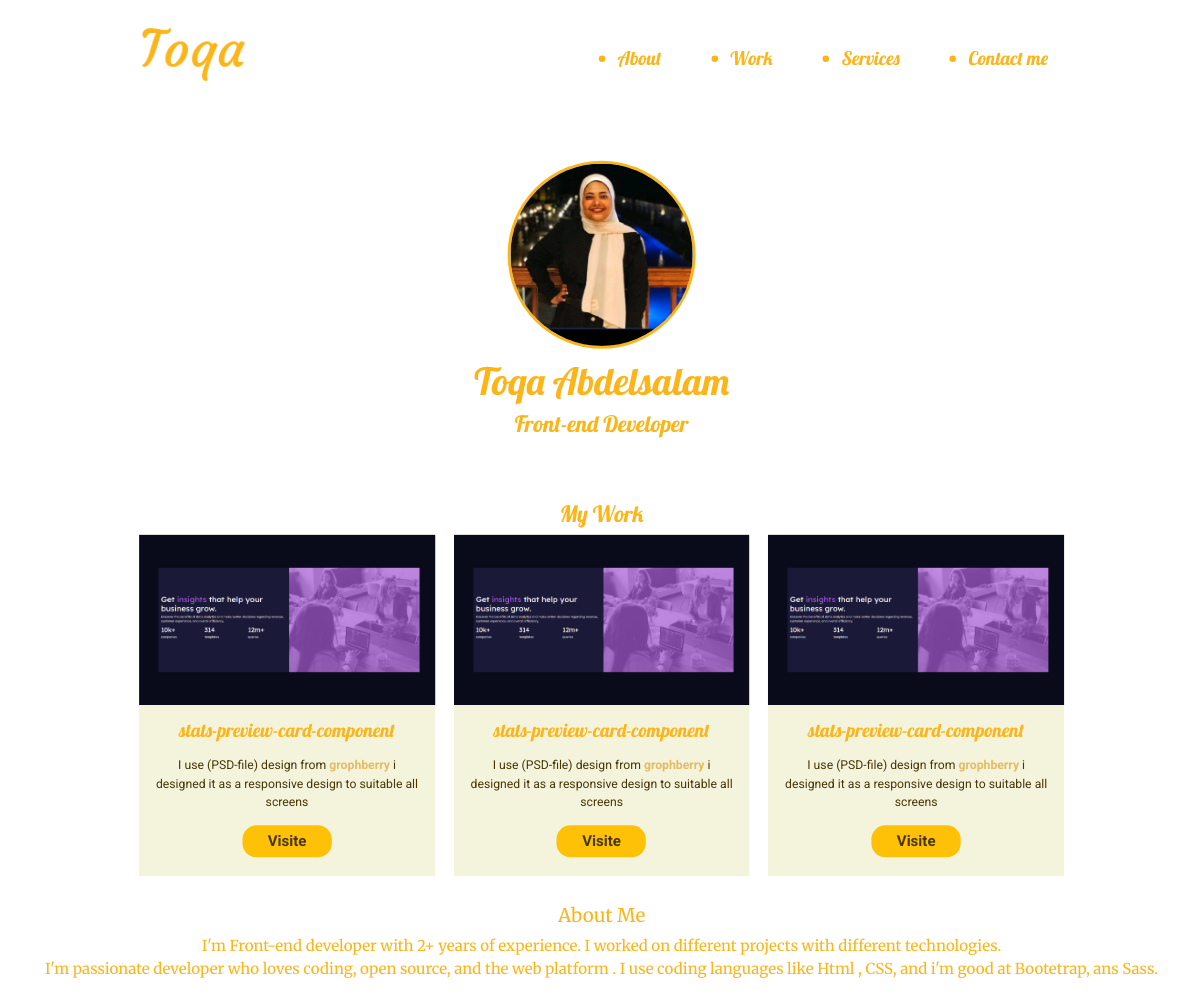
Repository: Toqa-25/portfolio
Page: index.html
An editor plug-in stored every save of this project. The page is shown before and after the next save, followed by the edit.
The browser window is 1280 px wide. The pictures show the whole page, at 94% of full size.
Some web fonts or font styles are not loaded; a fallback is used.

Above is the page before, as saved 2021-11-01 00:10:29.

### index.html
<!DOCTYPE html>
<html lang="en">
<head>
    <meta charset="UTF-8">
    <meta http-equiv="X-UA-Compatible" content="IE=edge">
    <meta name="viewport" content="width=device-width, initial-scale=1.0">
    <title>Toqa Portfolio</title>
      <!-- bootstrap file -->
      <link rel="stylesheet" href="css/all.min.css">
      <link rel="stylesheet" href="css/bootstrap.css">
      <!-- css file -->
      <link rel="stylesheet" href="css/style.css">
      <!-- fonts -->
      <link rel="preconnect" href="https://fonts.googleapis.com">
<link rel="preconnect" href="https://fonts.gstatic.com" crossorigin>
<link href="https://fonts.googleapis.com/css2?family=Lobster&family=Otomanopee+One&display=swap" rel="stylesheet">
<link rel="preconnect" href="https://fonts.googleapis.com">
<link rel="preconnect" href="https://fonts.gstatic.com" crossorigin>
<link href="https://fonts.googleapis.com/css2?family=Merriweather:ital,wght@0,300;0,400;0,700;0,900;1,300;1,400;1,700;1,900&display=swap" rel="stylesheet">
<link rel="preconnect" href="https://fonts.googleapis.com">
<link rel="preconnect" href="https://fonts.gstatic.com" crossorigin>
<link href="https://fonts.googleapis.com/css2?family=Bebas+Neue&family=Oswald:wght@200;300;400;500;600;700&display=swap" rel="stylesheet">
<link rel="preconnect" href="https://fonts.googleapis.com">
<link rel="preconnect" href="https://fonts.gstatic.com" crossorigin>
<link href="https://fonts.googleapis.com/css2?family=Montserrat:wght@100;200;300;400;500;600;700;800;900&family=PT+Sans:ital,wght@0,400;0,700;1,700&family=Roboto:wght@100;300;400;500;700;900&display=swap" rel="stylesheet">
</head>
<body>
        <!-- header section -->
    <header class="pad">
       <div class="container">
         <div class="header-content">
           <div class="header-logo">
             <img src="images/logo.png" alt="logo">
           </div>
           <div class="bar">
             <svg xmlns="http://www.w3.org/2000/svg" width="35" height="35" fill="#fbb519" class="bi bi-list" viewBox="0 0 16 16">
               <path fill-rule="evenodd" d="M2.5 12a.5.5 0 0 1 .5-.5h10a.5.5 0 0 1 0 1H3a.5.5 0 0 1-.5-.5zm0-4a.5.5 0 0 1 .5-.5h10a.5.5 0 0 1 0 1H3a.5.5 0 0 1-.5-.5zm0-4a.5.5 0 0 1 .5-.5h10a.5.5 0 0 1 0 1H3a.5.5 0 0 1-.5-.5z"/>
             </svg>
              <ul class="hidden-list unlist list">
              <li>About</li>
              <li>Work</li>
              <li>Services</li>
              <li>Contact me</li>
              <li>Reviews</li>
            </ul>
           </div>
           <div class="header-nav">
             <ul class="list unlist">
                 <li>About</li>
                 <li>Work</li>
                 <li>Services</li>
                 <li>Contact me</li>
                 <!-- <li>Reviews</li> -->
             </ul>

           </div>
         </div>
         </div>
        </header><!-- end header section -->
        <!-- information  section -->
    <section  class="inform pad">
      <div class="main-inform " role="main">
        <div class="inform-info">
        <img src="images/toqa.jpg" alt=""><br>
        <h1>Toqa Abdelsalam</h1>
        <h4>Front-end Developer</h4>
      </div>
      </div>
    </section> <!-- end information  section -->

      <!-- my-work  section -->
      <section class="pad work">
        <div class="container">
          <h4 class="work-head">My Work</h4>
          <div class="work-content">
      <div class="work-card" role="menu">
        <div class="card-img">
          <img src="images/my-work/preview-card/desktop_stats-preview-card-component-main_.png" alt="">
        </div>
        <div class="card-info">
          <h5 class="card-title">stats-preview-card-component </h5>
          <p class="card-info-text"> I use  (PSD-file) design from <span> <a href="https://www.frontendmentor.io/">grophberry</a></span>
        i designed it as a responsive design to suitable all screens
         </p>
      <button class="card-button"><a href="https://toqa-25.github.io/stats-preview-card-component-main/">Visite</a></button>
        </div>
 </div>
      <div class="work-card" role="menu">
        <div class="card-img">
          <img src="images/my-work/preview-card/desktop_stats-preview-card-component-main_.png" alt="">
        </div>
        <div class="card-info">
          <h5 class="card-title">stats-preview-card-component </h5>
          <p class="card-info-text"> I use  (PSD-file) design from <span> <a href="https://www.frontendmentor.io/">grophberry</a></span>
        i designed it as a responsive design to suitable all screens
         </p>
      <button class="card-button"><a href="https://toqa-25.github.io/stats-preview-card-component-main/">Visite</a></button>
        </div>
 </div>
      <div class="work-card" role="menu">
        <div class="card-img">
          <img src="images/my-work/preview-card/desktop_stats-preview-card-component-main_.png" alt="">
        </div>
        <div class="card-info">
          <h5 class="card-title">stats-preview-card-component </h5>
          <p class="card-info-text"> I use  (PSD-file) design from <span> <a href="https://www.frontendmentor.io/">grophberry</a></span>
        i designed it as a responsive design to suitable all screens
         </p>
      <button class="card-button"><a href="https://toqa-25.github.io/stats-preview-card-component-main/">Visite</a></button>
        </div>
 </div>
      <!-- <div class="project card" role="menu">
        <img src="images/toqa-25.github.io_3-cards-component3_.png" alt="">
        <p>3-card-component
      I use (PSD-file) design from <span> <a href="https://www.frontendmentor.io/">grophberry</a></span>
  i designed it as a responsive design to suitable all screens <br>
  <button><a href="https://toqa-25.github.io/3-cards-component/">Visite</a></button>
 </p>
 </div>
      <div class="project card" role="menu">
          <img src="images/destop-luxestate - Copy (1).png" alt="">
          <p>Luxestate is Real-Estate Company
        I use Luxestate (PSD_file) design from <span> <a href="https://www.graphberry.com/">grophberry</a></span>
    i designed it as a responsive design to suitable all screens <br>
    <button><a href="https://toqa-25.github.io/luxstate-project-/">Visite</a></button>
   </p>
   </div>
      <div class="project card" role="menu">
          <img src="images/web_design.png" alt="">
          <p>Doop is an advertising-agency .
        I use Doop (PSD_file) design from <span> <a href="https://www.graphberry.com/">grophberry</a></span>
    i designed it as a responsive design to suitable all screens <br>
    <button><a href="https://toqa-25.github.io/simply-agency/">Visit </a></button>
   </p>
   </div>
      <div class="project card" role="menu">
        <img src="images/Vibo_App(desktop)_toqa-25.github.io2.png" alt="">
          <p>Vibo is an App-Development company
        I use Vibo PSD design from <span> <a href="https://www.graphberry.com/">grophberry</a></span>
    i designed it as a responsive design to suitable all screens <br>
    <button><a href="https://toqa-25.github.io/vibo-app/">Visite</a></button>
   </p>
   </div>
   <div class="project card" role="menu">
    <img src="images/toqa-25.github.io_landing-meeting-page_desktop.png" alt="">
    <p>Metting landing page
  I use  design from <span> <a href="https://www.frontendmentor.io/">grophberry</a></span>
i designed it as a responsive design to suitable all screens <br>
<button><a href="https://toqa-25.github.io/landing-meeting-page/">Visite</a></button>
</p>
</div> -->
   </div>
   </div>
      </section>

      <section class="section about">

          <h5>About Me</h5>
      <p> I'm Front-end developer with 2+ years of experience. I worked on different projects with different technologies. <br>
       I'm passionate developer who loves coding, open source, and the web platform .
       I use coding languages like Html , CSS, and i'm good at Bootetrap, ans Sass. </p>
      </section>

</body>
</html>

### css/style.css
/*
    public style
***********************
*/
:root{
    --main-color:#fbb519;
    --section-padding:30px;
}
* {
    box-sizing: border-box;
    margin: 0;
    padding: 0;
}
body{
    font-family: 'Merriweather', serif;
    color:var(--main-color);
}
.pad{
    padding: var(--section-padding) 0;
}
.container
{
  width: 80%;
  margin:auto;
  padding: 0 20px;
}
 /* .pad h5{
    text-align: center;
    font-family: 'Lobster';
    /* margin-bottom: 15px; */
 } */
 .unlist{
     list-style: none;
 }
 a{
     text-decoration: none;
 }
/*
    header style
***********************
*/
 header{
    font-family: 'Lobster', cursive;
 }
 .header-content{
    display: flex;
}
.header-logo{
    width:50%;
}
.bar{
    position: relative;
    display: none;
    margin: auto 20px;
     transition: .2s;
     cursor: pointer;
     width: 50%;
    /* text-align: right; */
    justify-content: flex-end;
}
 .header-nav{
   min-width: 50%;
    display: flex;
    justify-content: flex-end;
 }
 .header-nav .list{
     width: 100%;
     display: flex;
     justify-content: space-between;
     align-items: center;
     padding: 17px;
 }
  .list li{
     font-size: 20px;
     transition: .2s;
     -webkit-transition: .2s;
     -moz-transition: .2s;
     -ms-transition: .2s;
     -o-transition: .2s;
     cursor: pointer;
     margin-bottom: 2px;
    }
     .list li:hover{
        border-bottom: 2px solid var(--main-color);
    }
    .hidden-list{
         text-align: center;
         position: absolute;
         width: 120px;
         top: 3px;
         right: -70px;
         background-color: #f5f5dc91;
         padding: 10px;
         border-radius: 25px;
         -webkit-border-radius: 25px;
         -moz-border-radius: 25px;
         -ms-border-radius: 25px;
         -o-border-radius: 25px;
         transition: .2s;
         -webkit-transition: .2s;
         -moz-transition: .2s;
         -ms-transition: .2s;
         -o-transition: .2s;
         visibility: hidden;
         display: none;
}
/* media quary for header*/
 @media (max-width: 991px){
   .header-nav {
      display: none;
  }
  .bar{
      display: flex;
  }
  .bar:hover .hidden-list{
    visibility: visible;
    display: block;
  }
}
/*
    my-information&image style
  ********************************
 */
 .main-inform{
     color: var(--main-color);
    text-align: center;
    height: 300px;
    display: flex;
    align-items: center;
    justify-content: center;
    font-family: 'Lobster', cursive;
}
.main-inform img{
    width: 200px;
    height: 200px;
    border:3px solid;
    border-radius: 50%;
    -webkit-border-radius: 50%;
     -moz-border-radius: 50%;
     -ms-border-radius: 50%;
     -o-border-radius: 50%;
     margin-bottom: 10px;
    }
/*
    my-work style
********************************
*/
.work{
    text-align: center;
    font-family: 'Montserrat', sans-serif;
font-family: 'PT Sans', sans-serif;
font-family: 'Roboto', sans-serif;
}
 .work-content{
    display: grid;
    grid-template-columns:repeat(3,1fr);
    gap:20px;
 }
 .work .work-head{
    text-align: center;
    font-family: 'Lobster';
 }
 .work-card{
 background-color: #f5f5dce8;
 }
 .card-img{
     width:100%;
     height:50%;
     background-color: #f5f5dce8;
 }
 .card-img img{
     width:100%;
     height: 100%;
     transition: .2s;
     -webkit-transition: .2s;
     -moz-transition: .2s;
     -ms-transition: .2s;
     -o-transition: .2s;
}

 .card-img img:hover{
   transform: scale(1.1);
   -webkit-transform: scale(1.1);
   -moz-transform: scale(1.1);
   -ms-transform: scale(1.1);
   -o-transform: scale(1.1);
}
 .card-info{
     text-align: center;
     width: 100%;
     height: 50%;
    background-color: #f5f5dce8;
    padding: 15px;
 }
 .card-title{
     font-family: 'Lobster';
 }

.card-info-text{
    margin:15px 0;
    font-size: 13px;
    font-weight: 400;
    /* padding: 2px; */
    text-align: center;
    color:#483705;
}
.card-info-text a{
    text-decoration: none;
    color: #e2bc66;
    font-weight: bolder;
}
/* .card p{
  margin:15px 0 ;
} */

.card-button{
    width: 95px;
    text-align: center;
    background-color: #ffc107;
    border: none;
    border-radius: 15px;
    padding: 5px;
    /*margin-top: 7px; */
    transition: .2s;
    -webkit-transition: .2s;
    -moz-transition: .2s;
    -ms-transition: .2s;
    -o-transition: .2s;
    font-weight: bold;
}
.card-button:hover{
     transform: scale(1.1);
     -webkit-transform: scale(1.1);
      -moz-transform: scale(1.1);
      -ms-transform: scale(1.1);
       -o-transform: scale(1.1);
}
.card-button a{
    text-decoration: none;
    color: #483705;
}

.about{
    text-align: center;

}

/*
media quary style
***************************************
//extra small devices @media (maxwidth:575px)
//small devices @media (maxwidth:767px)
//medium devices @media (maxwidth:991px)
//large devices @media (maxwidth:1199px)
*/
/* .card {
    width: 100%;
    height: 100%;
    position: relative;
    display: flex;
    flex-direction: column;
    min-width: 0;
    word-wrap: break-word;
    background-color: black;
    background-clip: border-box;
    border: 4px solid var(--main-color);
    border-radius: 0.3rem;
}

.card img{
    max-width:100%;
    max-height: 150px;
    border-bottom: 3px solid;
} */

Loaded but not shown: css/all.min.css (library); css/bootstrap.css (library)

After the next save:
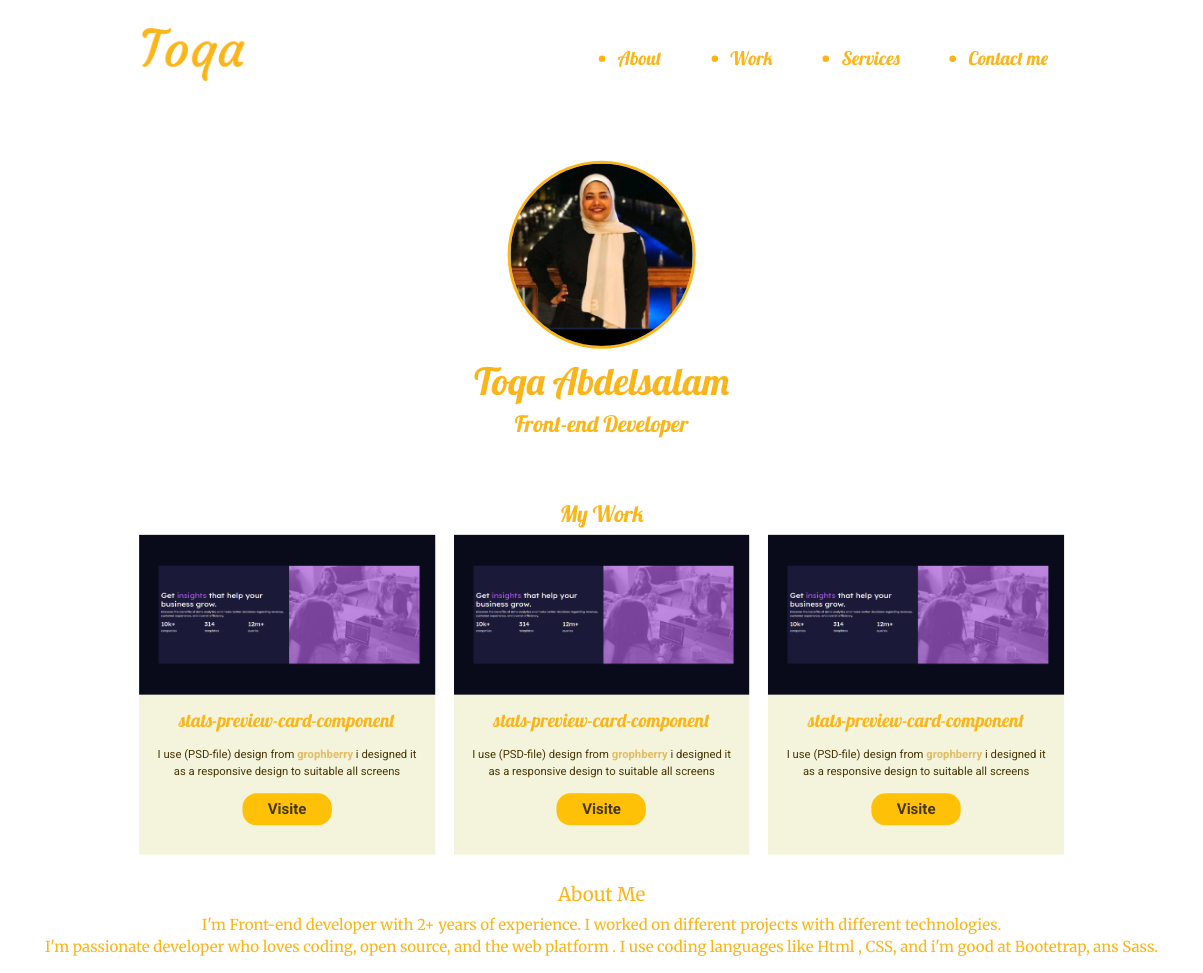
Saved 12 s later.
--- a/css/style.css
+++ b/css/style.css
@@ -198,7 +198,7 @@ font-family: 'Roboto', sans-serif;
 
 .card-info-text{
     margin:15px 0;
-    font-size: 13px;
+    font-size: 12px;
     font-weight: 400;
     /* padding: 2px; */
     text-align: center;
